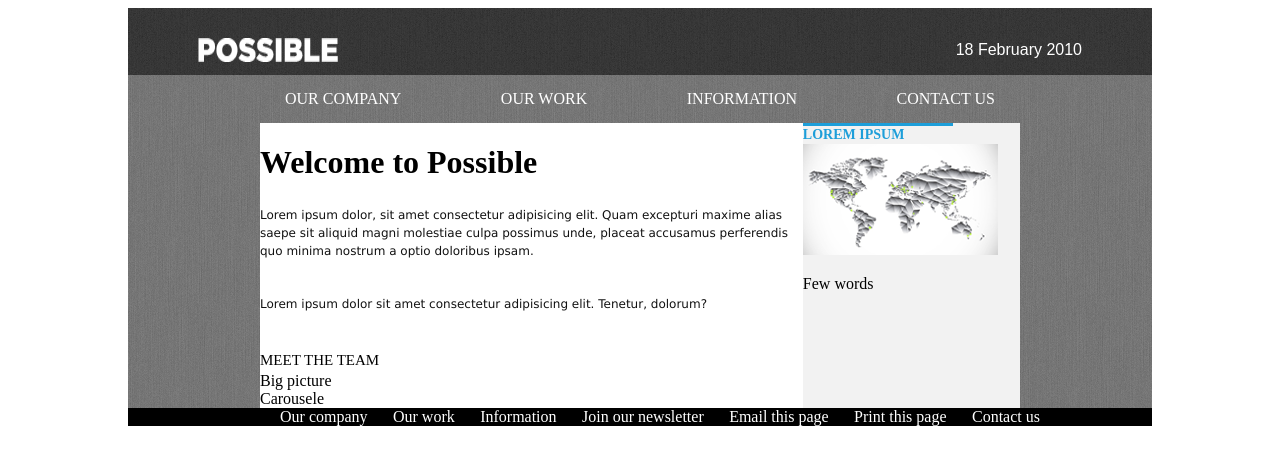
Repository: grzegorzgebala/possible-site
Page: index.html
These files come from the project's save history. The page is drawn as it stood at one moment and after a run of saves; the edit follows.
The browser window is 1280 px wide. The pictures show the whole page.
The style sheet was rebuilt from its Sass, Less or Tailwind sources for each picture, by a compiler version that may differ from the author's.

Above is the page before, as saved 2020-02-15 22:29:07.

After the next 2 saves:
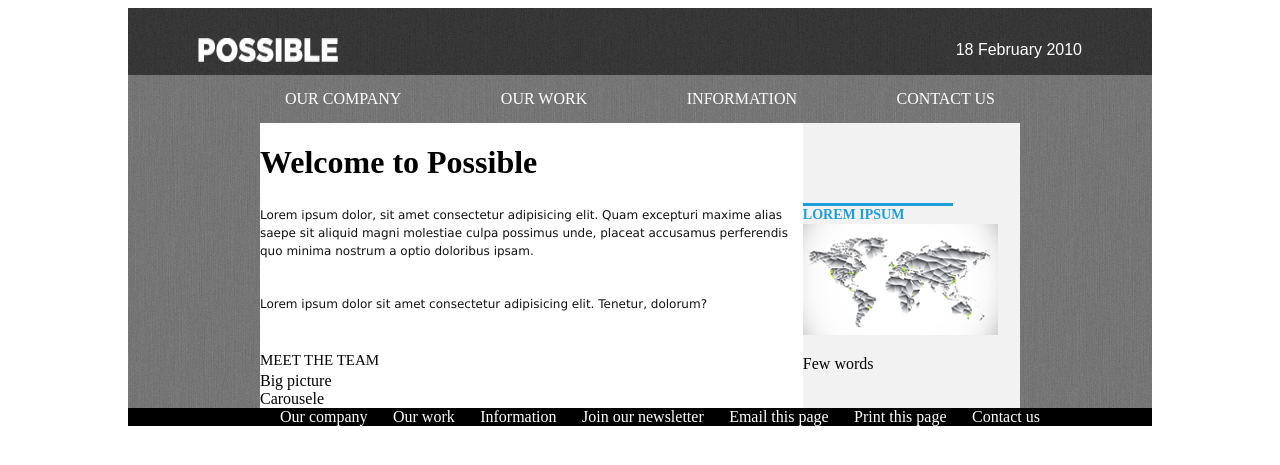
The 2 saves are shown as one change because they came seconds apart.
The last was saved 75 s later.
--- a/sass/style.scss
+++ b/sass/style.scss
@@ -103,6 +103,7 @@ header {
             line-height: 18px;
             border-top: 3px solid $sideMenuColor;
             width: 150px;
+            margin-top: 80px;
         }
     }
 
